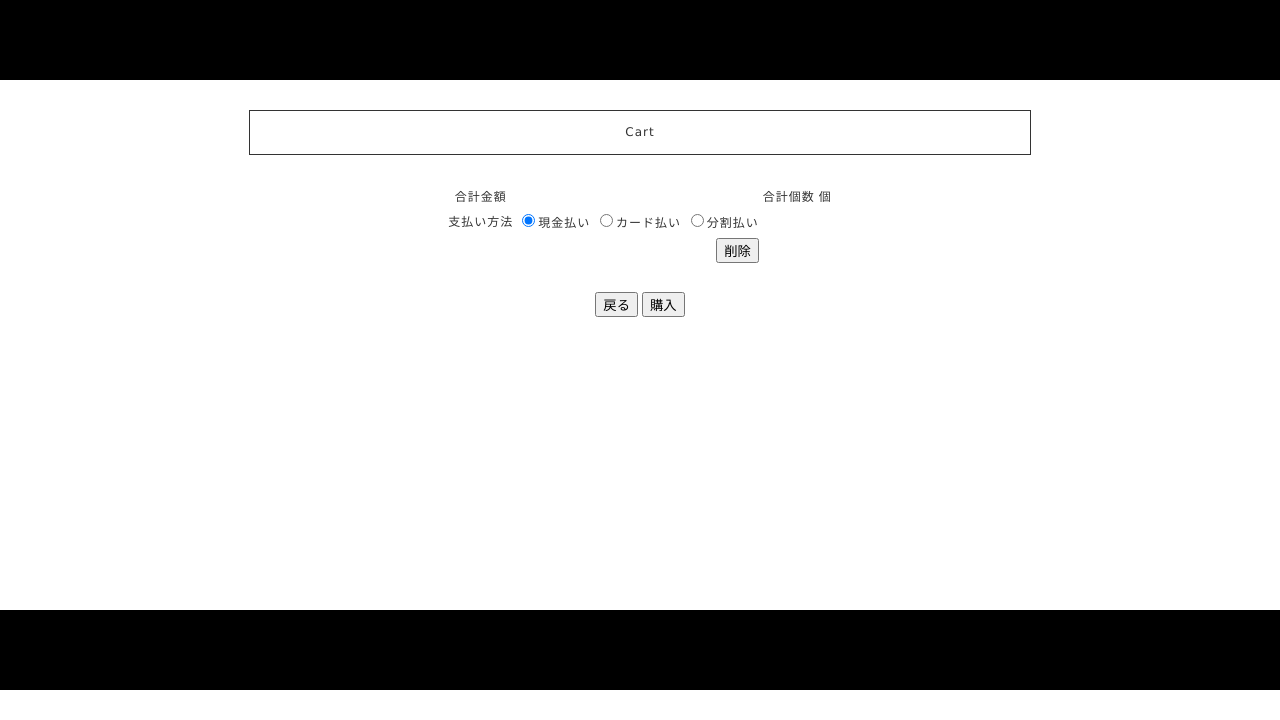
Repository: kazuki7291/backup
Page: http://localhost/template/cart.jsp
These files come from the project's save history. The page is drawn as it stood at one moment and after the next save; the edit follows.
The browser window is 1280 px wide. The pictures show the whole page.
Some web libraries are served in a nearby version. The page is served by Tomcat 9. Other server files are loaded and not shown.

Above is the page before, as saved 2018-01-10 12:05:45.

### template/WebContent/cart.jsp

<%@ page language="java" contentType="text/html; charset=UTF-8"
	pageEncoding="UTF-8"%>
<%@ taglib prefix="s" uri="/struts-tags"%>

<!DOCTYPE html>
<html>
<head>
	<meta charset="utf-8">
	<meta http-equiv="Content-Type" content="text/html; charset=utf-8" />
	<meta http-equiv="Content-Style-Type" content="text/css" />
	<meta http-equiv="Content-Script-Type" content="text/javascript" />
	<meta http-equiv="imagetoolbar" content="no" />
	<meta name="description" content="" />
	<meta name="keywords" content="" />
	<meta charset="utf-8">
	<script src="http://ajax.googleapis.com/ajax/libs/jquery/1.9.1/jquery.min.js"></script>
	<title>Cart画面</title>
	<style type="text/css">
	/* ========TAG LAYOUT======== */
		body {
		   margin:0;
		   padding:0;
		   line-height:1.6;
		   letter-spacing:1px;
		   font-family:Verdana, Helvetica, sans-serif;
		   font-size:12px;
		   color:#333;
		   background:#fff;
		}

		table {
			text-align:center;
			margin:0 auto;
		}

	/* ========ID LAYOUT======== */
		#top {
		   width:780px;
		   margin:30px auto;
		   border:1px solid #333;
		}

		#header {
		   width: 100%;
		   height: 80px;
		   background-color: black;
		}

		#main {
		   width: 100%;
		   height: 500px;
		   text-align: center;
		}

		#footer {
			width: 100%;
			height: 80px;
			background-color: black;
			clear:both;
		}
	</style>
	<script type="text/javascript">
		function submitAction(url) {
			$('form').attr('action', url);
			$('form').submit();
		}
	</script>
</head>
<body>
	<div id="header">
	 	<div id="pr">
		</div>
	</div>
	<div id="main">
		<div id="top">
			<p>Cart</p>
		</div>
		<div>
		<s:if test="session.total_count == 0">
			<td>商品情報がありません。</td>
		</s:if>
		<s:else>
			<s:form action="DeleteCartAction">
			<s:iterator value = "session.buyitemCartList">
				<tr>
					<td>
						<s:property value="itemName" />
					</td>
					<td>
						<s:property value="itemPrice" />
					</td>
					<td></td>
					<td>
						<s:property value="count" /><span>個</span>
					</td>
					<td>
						<input type="checkbox" name="DeleteFlag" value="<s:property value='id' />"/>
					</td>
				</tr>
			</s:iterator>
				<tr>
					<td>合計金額</td>
					<td><s:property value="session.total_price"/></td>
					<td>合計個数</td>
					<td><s:property value="session.total_count"/><span>個</span></td>
				</tr>
				<tr>
					<td>支払い方法</td>
					<td>
						<input type="radio" name="pay" value="1" checked="checked">現金払い
						<input type="radio" name="pay" value="2">カード払い
						<input type="radio" name="pay" value="3">分割払い
					</td>
					<td>
						<s:submit value="削除"/>
					</td>
				</tr>
			</s:form>
		</s:else>
		<s:form>
				<tr>
					<td>
						<br>
					</td>
				</tr>
				<tr>
					<td><input type="button" value="戻る" onclick="submitAction('HomeAction')" /></td>
					<td><input type="button" value="購入" onclick="submitAction('GobuyItemConfirmAction')" /></td>
				</tr>
			</s:form>
		</div>
	</div>
	<div id="footer">
		<div id="pr">
		</div>
	</div>
</body>
</html>

After the next save:
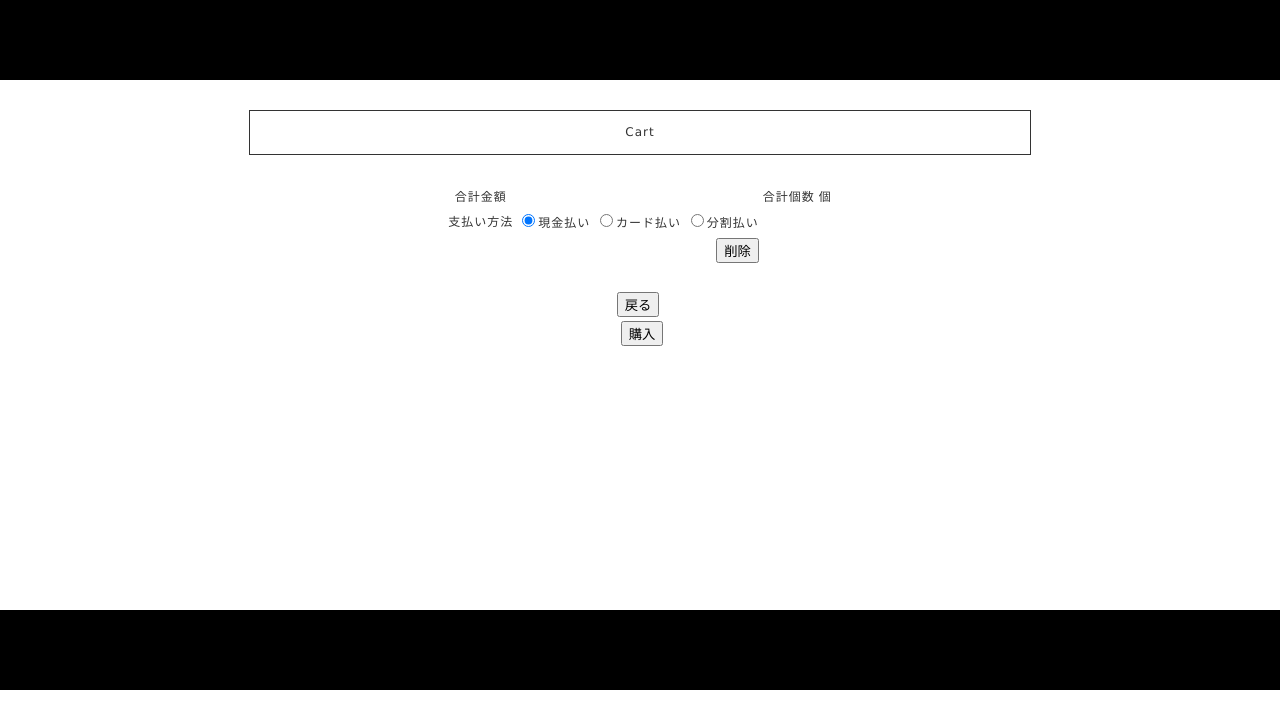
Saved 3 min 26 s later.
--- a/template/WebContent/cart.jsp
+++ b/template/WebContent/cart.jsp
@@ -126,7 +126,7 @@
 				</tr>
 				<tr>
 					<td><input type="button" value="戻る" onclick="submitAction('HomeAction')" /></td>
-					<td><input type="button" value="購入" onclick="submitAction('GobuyItemConfirmAction')" /></td>
+					 <td><s:submit value="購入"/><!--<input type="button" value="購入" onclick="submitAction('GobuyItemConfirmAction')" /> --></td>
 				</tr>
 			</s:form>
 		</div>
